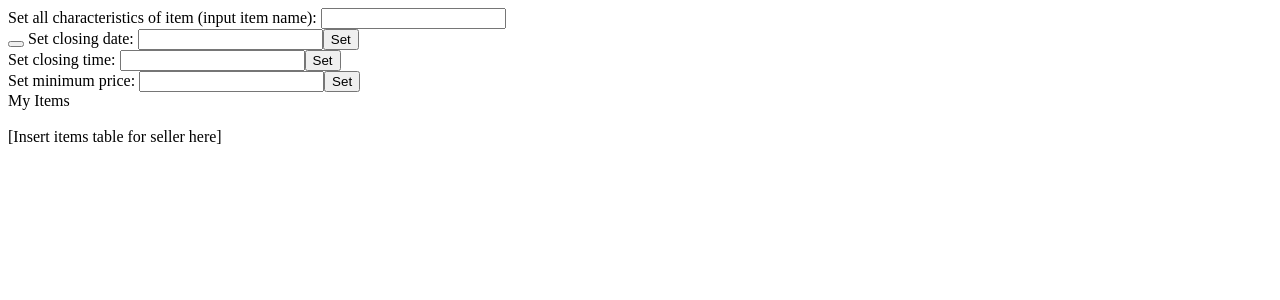
Repository: divergentArrow/Databases
Page: http://localhost/cs336project/seller.jsp
These files come from the project's save history. The page is drawn as it stood at one moment and after the next save; the edit follows.
The browser window is 1280 px wide. The pictures show the whole page.
The page is served by Tomcat 9. Other server files are loaded and not shown.

Above is the page before, as saved 2019-04-14 20:59:38.

### cs336project/WebContent/seller.jsp
<%@ page language="java" contentType="text/html; charset=ISO-8859-1"
    pageEncoding="ISO-8859-1"%>
<!DOCTYPE html>
<html>

<head>
<meta charset="ISO-8859-1">
<title>Sell</title>
</head>

<body>
	<div>
		Set all characteristics of item (input item name): <input type="text" name="item"><br><button type="button" id="setCharacteristicsButton"></button>
		Set closing date: <input type="text" id="cdate"><button type="button" id="setDateButton">Set</button><br>
		Set closing time: <input type="text" id="ctime"><button type="button" id="setTimeButton">Set</button><br>
		Set minimum price: <input type="text" id="minPrice"><button type="button" id="setMinPriceButton">Set</button><br>
	</div>
	<div>
		My Items
		<br></br>
		[Insert items table for seller here]
		<%--<%= cs336project.Seller.test() %>--%>
	</div>
</body>

</html>

After the next save:
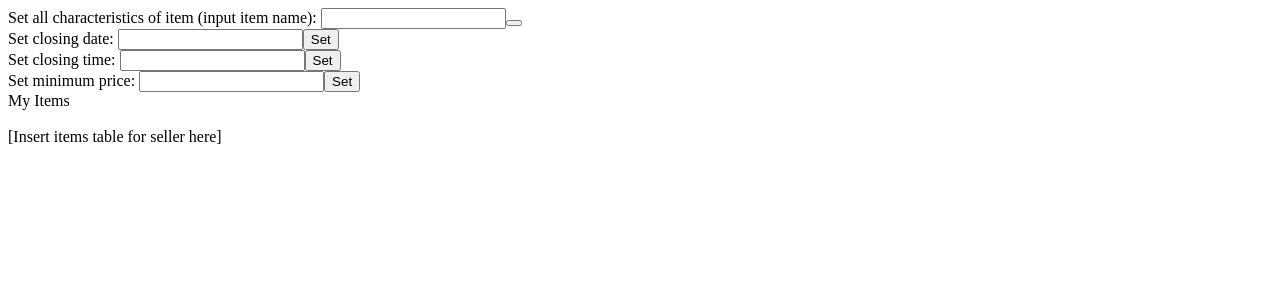
Saved 18 s later.
--- a/cs336project/WebContent/seller.jsp
+++ b/cs336project/WebContent/seller.jsp
@@ -10,7 +10,7 @@
 
 <body>
 	<div>
-		Set all characteristics of item (input item name): <input type="text" name="item"><br><button type="button" id="setCharacteristicsButton"></button>
+		Set all characteristics of item (input item name): <input type="text" name="item"><button type="button" id="setCharacteristicsButton"></button><br>
 		Set closing date: <input type="text" id="cdate"><button type="button" id="setDateButton">Set</button><br>
 		Set closing time: <input type="text" id="ctime"><button type="button" id="setTimeButton">Set</button><br>
 		Set minimum price: <input type="text" id="minPrice"><button type="button" id="setMinPriceButton">Set</button><br>
